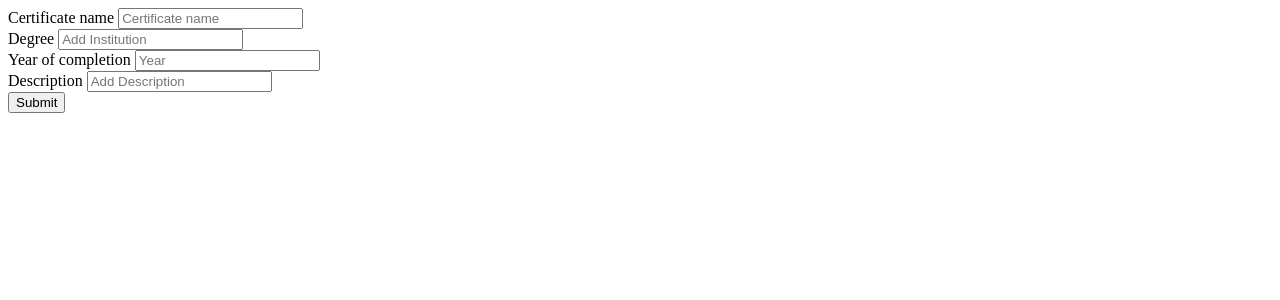
Repository: Tanmay-Kayande/Myportfolio
Page: http://localhost/myproject/certificates.jsp
An editor plug-in stored every save of this project. The page is shown before and after the next save, followed by the edit.
The browser window is 1280 px wide. The pictures show the whole page.
The page is served by Tomcat 9. The session is filled in as if someone had signed in: {"login": "exist"}.

Above is the page before, as saved 2024-02-15 11:38:09.

After the next save:
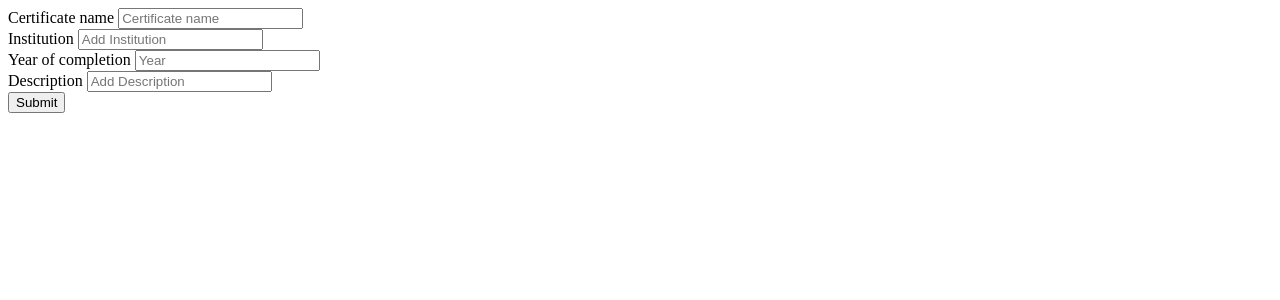
Saved 41 s later.
--- a/myproject/src/main/webapp/certificates.jsp
+++ b/myproject/src/main/webapp/certificates.jsp
@@ -17,7 +17,7 @@ if (value == null) {
 <body>
 		<form action="Certificates" method="post">
 		Certificate name <input type="text" name="certificate"
-			placeholder="Certificate name"><br> Degree <input
+			placeholder="Certificate name"><br> Institution <input
 			type="text" name="institution" placeholder="Add Institution"><br>
 		Year of completion <input type="text" name="year" placeholder="Year"><br>
 		Description <input type="text" name="desc"
